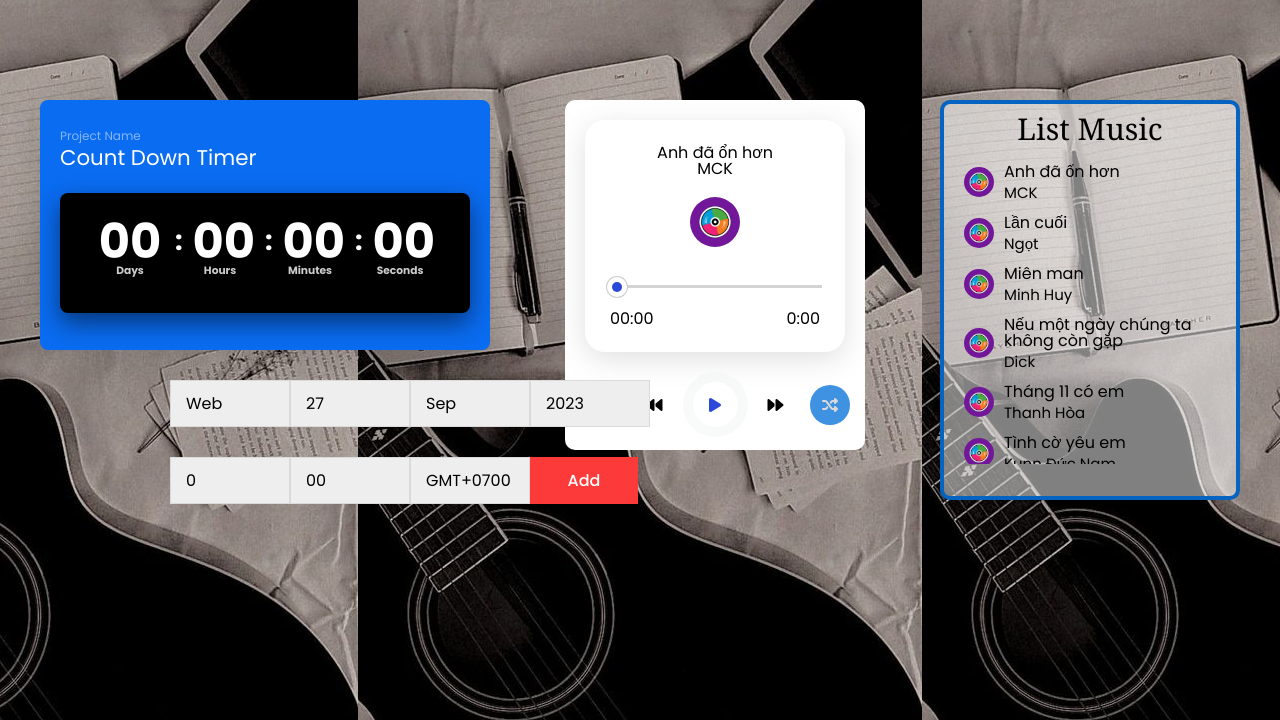
Repository: thuanpham00/CountDownTimer
Page: index.html
These files come from the project's save history. The page is drawn as it stood at one moment and after the next save; the edit follows.
The browser window is 1280 px wide. The pictures show the whole page.
Some web libraries are served in a nearby version. The style sheet was rebuilt from its Sass, Less or Tailwind sources for each picture, by a compiler version that may differ from the author's.

Above is the page before, as saved 2023-10-12 22:59:55.

After the next save:
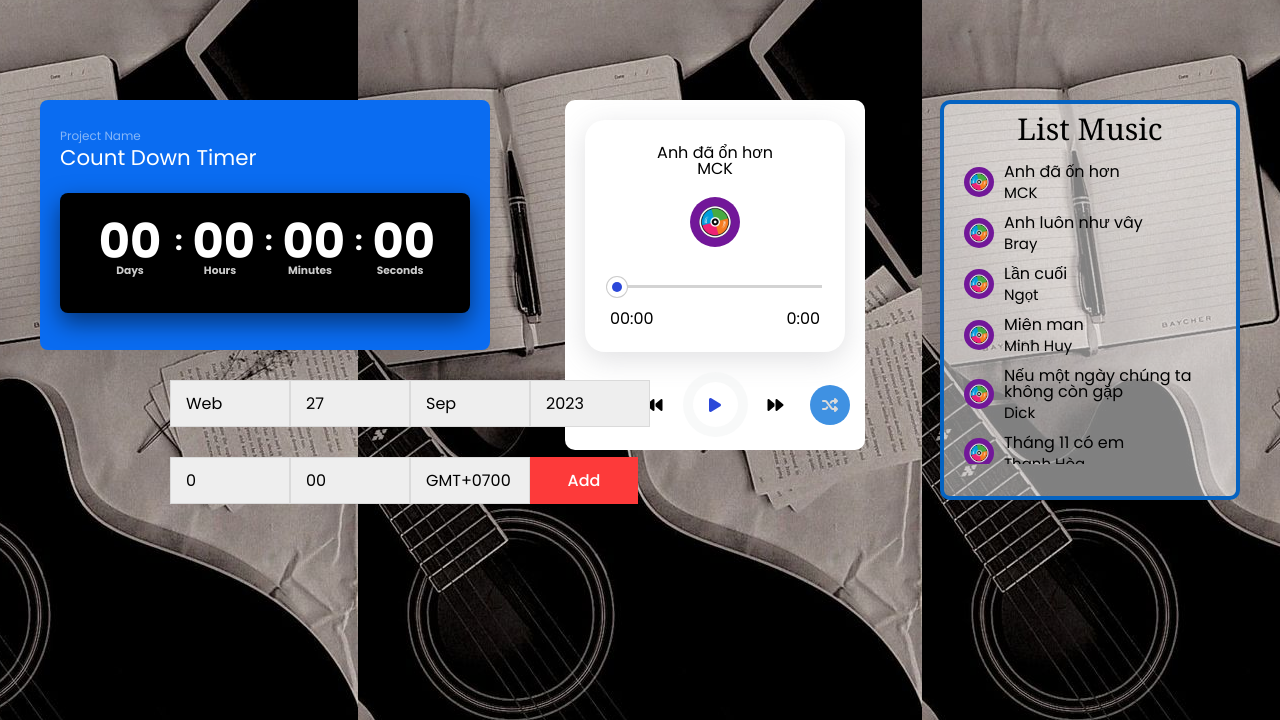
Saved 12 s later.
--- a/assets/js/main.js
+++ b/assets/js/main.js
@@ -113,6 +113,12 @@ window.addEventListener("load", function () {
                     img: "./assets/img/mthis.png",
                 },
                 {
+                    name: "Anh luôn như vây",
+                    singer: "Bray",
+                    path: "./assets/files/anh-luon-nhu-vay.mp3",
+                    img: "./assets/img/mthis.png",
+                },
+                {
                     name: "Lần cuối",
                     singer: "Ngọt",
                     path: "./assets/files/lan-cuoi.mp3",
@@ -164,12 +170,6 @@ window.addEventListener("load", function () {
                     name: "We go hard",
                     singer: "Rap Việt",
                     path: "./assets/files/we-go-hard.mp3",
-                    img: "./assets/img/mthis.png",
-                },
-                {
-                    name: "Anh luôn như vây",
-                    singer: "Bray",
-                    path: "./assets/files/anh-luon-nhu-vay.mp3",
                     img: "./assets/img/mthis.png",
                 },
                 {
